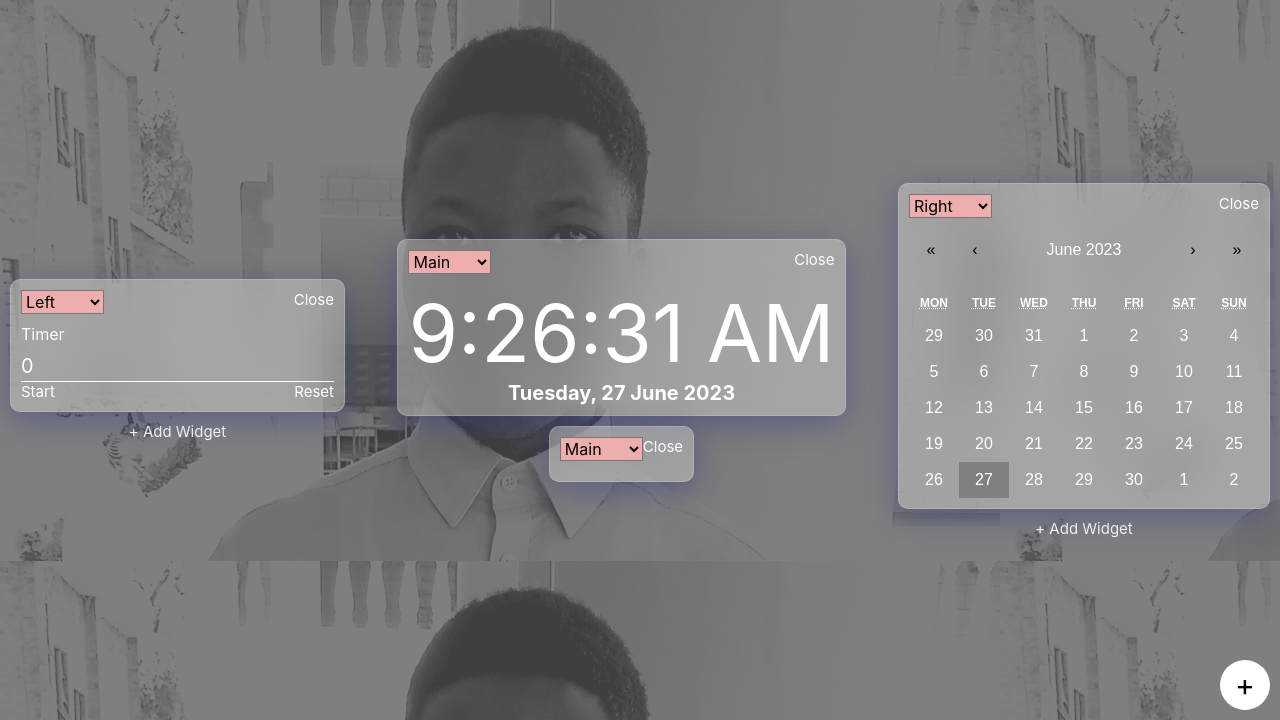
Repository: Angera-Silas/Planner-app
Page: /
The author's editor kept a copy of each file at every save. The page is drawn from the files as they stood at one save, then again after the next save.
The browser window is 1280 px wide. The pictures show the whole page.
The project was rebuilt for these pictures with package versions that can differ from the ones it lists, and the page was loaded fresh each time. Also part of the build but not shown: src/widgets/ReminderListWidget.js, src/modals/WidgetGalleryModal.js.

Above is the page before, as saved 2023-06-27 16:27:39.

### src/index.css
body {
  margin: 0;
  font-family: -apple-system, BlinkMacSystemFont, 'Segoe UI', 'Roboto', 'Oxygen',
    'Ubuntu', 'Cantarell', 'Fira Sans', 'Droid Sans', 'Helvetica Neue',
    sans-serif;
  -webkit-font-smoothing: antialiased;
  -moz-osx-font-smoothing: grayscale;
}

code {
  font-family: source-code-pro, Menlo, Monaco, Consolas, 'Courier New',
    monospace;
}
*,
*::before,
*::after {
 box-sizing: border-box;
}

img,
svg,
video,
canvas,
audio,
iframe,
embed,
object {
 display: block;
 max-width: 100%;
}

input,
button,
textarea,
select {
 font: inherit;
 color: black;
}

* {
 margin: 0;
 padding: 0;
 box-sizing: border-box;
 font: inherit;
 color: white;
}

/* width */
::-webkit-scrollbar {
 width: 10px;
}

/* Track */
::-webkit-scrollbar-track {
 background: #363636;
}

/* Handle */
::-webkit-scrollbar-thumb {
 background: #777;
}

/* Handle on hover */
::-webkit-scrollbar-thumb:hover {
 background: #1e1e1e;
}

### src/App.js
import React, { useState } from 'react';
import './App.css';
import ClockWidget from './widgets/ClockWidget';
import WidgetGalleryModal from './modals/WidgetGalleryModal';
import Draggable from 'react-draggable';
import TimerWidget from './widgets/TimerWidget';
import CalendarWidget from './widgets/CalendarWidget';
import MyCustomWidget from './widgets/MyCustomWidget';

function App() {
 const [widgets, setWidgets] = useState([
  { id: new Date().getTime(), component: <ClockWidget />, area: 'main-widget', name: "Date and Time" },
  { id: new Date().getTime() + 2, component: <CalendarWidget />, area: 'right-widget', name: "Calendar" },
  { id: new Date().getTime() + 1, component: <TimerWidget />, area: 'left-widget', name:"Timer" },
  { id: new Date().getTime(),component: <MyCustomWidget/>,area:'main-widget',name:"Stopwatch"},
 ])
 const [showWidgetModal, setShowWidgetModal] = useState(false)
 const [selectedWidgetArea, setSelectedWidgetArea] = useState('')

 const removeWidget = (index) => {
  try {
   setWidgets(widgets.filter(widget => widget.id !== index))
  } catch (error) {
   console.log(error)
  }
 }

 return (
  <>
   {showWidgetModal && <WidgetGalleryModal setShowWidgetModal={setShowWidgetModal} selectedWidgetArea={selectedWidgetArea} widgets={widgets} setWidgets={setWidgets} />}
   <div className="add-button"
    onClick={() => {
     console.log('add button clicked')
     setShowWidgetModal(true)
     setSelectedWidgetArea('none-widget')
    }}
   >
    <p
     className='add-widget-button'
     style={{ background: "none", border: "none", color: "black", fontSize: "30px", cursor: "pointer", backgroundColor: "white", borderRadius: "50%", width: "50px", display: "flex", justifyContent: "center", alignItems: "center", height: "50px", position: "fixed", bottom: "10px", right: "10px" }}
    >+</p>
   </div>
   <div className='none-widget' >
    {widgets.length > 0 && widgets.map((widget, index) => {
     if (widget.area === 'none-widget') {
      return (
       <Draggable>
            <div style={{ padding: 10,}} className='widget-container' >
             <div style={{ marginBottom: 10 }}>
              <select value={widget.area}
               onChange={(e) => {
                let widgetList = [...widgets]
                widgetList[index].area = e.target.value
                setWidgets(widgetList)
               }}
              >
               <option value="none-widget">Floating</option>
               <option value="left-widget">Left</option>
               <option value="main-widget">Main</option>
               <option value="right-widget">Right</option>
              </select>
              <button
               onClick={() => {
                removeWidget(widget.id)
               }}
               style={{ background: "none", border: "none", color: "white", fontSize: "15px", cursor: "pointer", float: "right" }}
              >Close</button>
             </div>
             {widget.component}
            </div>
       </Draggable>
      )
     }
    })}
   </div>
   <div className="App">
    <div className="container">
     <div className='left-widget'>
      {widgets.length > 0 && widgets.map((widget, index) => {
       if (widget.area === 'left-widget') {
        return (
         <div style={{ padding: 10,}} className='widget-container'>
          <div style={{ marginBottom: 10 }}>
           <select value={widget.area}
            onChange={(e) => {
             let widgetList = [...widgets]
             widgetList[index].area = e.target.value
             setWidgets(widgetList)
            }}
           >
            <option value="none-widget">Floating</option>
            <option value="left-widget">Left</option>
            <option value="main-widget">Main</option>
            <option value="right-widget">Right</option>
           </select>
           <button
            onClick={() => {
             removeWidget(widget.id)
            }}
            style={{ background: "none", border: "none", color: "white", fontSize: "15px", cursor: "pointer", float: "right" }}
           >Close</button>
          </div>
          {widget.component}
         </div>
        )
       }
      })}
      {widgets.filter(widget => widget.area === 'left-widget').length < 3 && widgets.filter(widget => widget.area === 'left-widget').length > 0 &&
       <button
        className='add-widget-button'
        onClick={() => {
         setShowWidgetModal(true)
         setSelectedWidgetArea('left-widget')
        }}>+ Add Widget</button>
      }
     </div>
     <div className='main-widget'>
      {widgets.length > 0 && widgets.map((widget, index) => {
       if (widget.area === 'main-widget') {
        return (
         <div style={{ padding: 10,}} className='widget-container' >
          <div style={{ marginBottom: 10 }}>
           <select value={widget.area}
            onChange={(e) => {
             let widgetList = [...widgets]
             widgetList[index].area = e.target.value
             setWidgets(widgetList)
            }}
           >
            <option value="none-widget">Floating</option>
            <option value="left-widget">Left</option>
            <option value="main-widget">Main</option>
            <option value="right-widget">Right</option>
           </select>
           <button
            onClick={() => {
             removeWidget(widget.id)
            }}
            style={{ background: "none", border: "none", color: "white", fontSize: "15px", cursor: "pointer", float: "right" }}
           >Close</button>
          </div>
          {widget.component}
         </div>
        )
       }
      })}
      {widgets.filter(widget => widget.area === 'main-widget').length < 2 &&
       <button
        className='add-widget-button'
        onClick={() => {
         setShowWidgetModal(true)
         setSelectedWidgetArea('main-widget')
        }}>+ Add Widget</button>
      }
     </div>
     <div className='right-widget'>
      {widgets.length > 0 && widgets.map((widget, index) => {
       if (widget.area === 'right-widget') {
        return (
         <div style={{ padding: 10,}} className='widget-container'>
          <div style={{ marginBottom: 10 }}>
           <select value={widget.area}
            onChange={(e) => {
             let widgetList = [...widgets]
             widgetList[index].area = e.target.value
             setWidgets(widgetList)
            }}
           >
            <option value="none-widget">Floating</option>
            <option value="left-widget">Left</option>
            <option value="main-widget">Main</option>
            <option value="right-widget">Right</option>
           </select>
           <button
            onClick={() => {
             removeWidget(widget.id)
            }}
            style={{ background: "none", border: "none", color: "white", fontSize: "15px", cursor: "pointer", float: "right" }}
           >Close</button>
          </div>
          {widget.component}
         </div>
        )
       }
      })}
      {widgets.filter(widget => widget.area === 'right-widget').length < 3 && widgets.filter(widget => widget.area === 'right-widget').length > 0 &&
       <button
        className='add-widget-button'
        onClick={() => {
         setShowWidgetModal(true)
         setSelectedWidgetArea('right-widget')
        }}>+ Add Widget</button>
      }
     </div>
    </div>
   </div>
  </>
 )
}

export default App;

### src/App.css
.App {
  background: url("background.jpg");
  height: 100vh;
  display: flex;
  justify-content: flex-start;
  align-items: center;

}

.container {
  display: flex;
  flex-direction: row;
  align-items: flex-start;
  justify-content: space-between;
  gap: 10px;
  width: 100vw;
  padding: 10px;
  max-height: 100vh;
  height: 100%;

}

.item {
  background-color: rgba(255, 255, 255, 0.8);
  border: 1px solid rgba(0, 0, 0);
  padding: 20px;
  font-size: 30px;
  text-align: center;
}

.time {
  font-size: 80px;
  color: white;
  text-align: center;
}

.date {
  font-size: 20px;
  color: white;
  text-align: center;
  font-weight: bold;
}

.add-widget-button {
  background-color: transparent;
  color: white;
  border: none;
  font-size: 15px;
  text-align: center;
  cursor: pointer;
}

.add-widget-button:hover {
  color: #1e1e1e;
}

.right-widget,
.left-widget,
.main-widget {
  display: flex;
  justify-content: center;
  align-items: center;
  flex-direction: column;
  gap: 10px;
  height: 100%;
  max-width: 500px;
}

.none-widget {
  position: fixed;
  /* height: 100vh;
  width: 100vw; */
  top: 0px;
  left: 0px;
}

select {
 background-color: #efaeae;
}

/* Modal */
.modal {
  position: fixed;
  z-index: 1;
  padding-top: 100px;
  left: 0;
  top: 0;
  width: 100vw;
  height: 100vh;
  overflow: auto;
  background-color: rgb(0, 0, 0, 0.4);
}

.modal-content {
  background-color: #183A37;
  margin: auto;
  padding: 20px;
  width: 50%;
  max-height: 50vh;
  overflow: scroll;
}

.modal-header {
  display: flex;
  justify-content: space-between;
  align-items: flex-start;
}

.modal-header h2 {
  color: white;
  font-weight: bold;
  font-size: 25px;
}

.row {
  display: flex;
  justify-content: space-between;
  align-items: center;
  gap: 10px;
}

.widget-gallery-item {
  color: black;
  border: 1px solid white;
  padding: 10px;
  margin-bottom: 10px;
}

.text-input {
  outline: none;
  border: none;
  border-bottom: 1px solid white;
  width: 100%;
  background-color: transparent;
  color: white;
  font-size: 20px;
  margin-top: 10px;
  padding-bottom: 3px;
}

.widget-container {
  background: rgba(255, 255, 255, 0.3);
  box-shadow: 0 8px 32px 0 rgba(31, 38, 135, 0.37);
  backdrop-filter: blur(20px);
  -webkit-backdrop-filter: blur(20px);
  border-radius: 10px;
  border: 1px solid rgba(255, 255, 255, 0.18);

}

.widget-gallery-item-name{
  font-size: 20px;
  font-weight: bold;
  margin-bottom: 10px;
}

### src/widgets/ClockWidget.js
import React, { useEffect, useState } from 'react'

export default function ClockWidget() {
  const [time, setTime] = useState(new Date().toLocaleTimeString())
  const [date, setDate] = useState(new Date())
  useEffect(() => {
    const interval = setInterval(() => {
      setTime(new Date().toLocaleTimeString())
      setDate(new Date())
    }, 1000)
    return () => clearInterval(interval)
  }, [])

  const tidyDate = (date) => {
    const dateArray = date
    const day = dateArray.getDay()
    const dateNumber = dateArray.getDate()
    const month = dateArray.getMonth() + 1
    const year = dateArray.getFullYear()

    const days = ['Sunday', 'Monday', 'Tuesday', 'Wednesday', 'Thursday', 'Friday', 'Saturday']
    const months = ['January', 'February', 'March', 'April', 'May', 'June', 'July', 'August', 'September', 'October', 'November', 'December']

    return `${days[day]}, ${dateNumber} ${months[month - 1]} ${year}`

  }

  return (
    <div>
      <p className='time'>{time}</p>
      <p className='date'>{tidyDate(date)}</p>
    </div>
  )
}

### src/widgets/TimerWidget.js
import React, { useEffect, useState } from 'react'

export default function TimerWidget() {
  const [timerListData, setTimerListData] = useState({
    time: 0,
    isRunning: false,
  })

  const tidyTime = (time) => {
    let hours = Math.floor(time / 3600)
    let minutes = Math.floor((time - (hours * 3600)) / 60)
    let seconds = time - (hours * 3600) - (minutes * 60)

    if (hours < 10) { hours = "0" + hours }
    if (minutes < 10) { minutes = "0" + minutes }
    if (seconds < 10) { seconds = "0" + seconds }

    return hours + ':' + minutes + ':' + seconds
  }

  useEffect(() => {
    // timer logic
    let interval = null
    if (timerListData.isRunning && timerListData.time > 0) {
      interval = setInterval(() => {
        setTimerListData({
          ...timerListData,
          time: parseInt(timerListData.time) - 1,
        })
      }, 1000)
    } else if (!timerListData.isRunning && timerListData.time !== 0) {
      setTimerListData({
        ...timerListData,
        isRunning: false,
      })
      clearInterval(interval)
    } else if (timerListData.isRunning && timerListData.time === 0) {
      setTimerListData({
        ...timerListData,
        isRunning: false,
      })
      clearInterval(interval)
      alert('Timer is up!')
    }

      return () => clearInterval(interval)
  }, [timerListData.isRunning, timerListData.time])

  return (
    <div style={{ minWidth: 300 }}>
      <div style={{ display: "flex", justifyContent: "space-between", alignItems: "row" }}>
        <p>Timer</p>
      </div>
      <div className='timer-container'>
        <div className='timer-display'>
          {timerListData.isRunning ?
            <p style={{ textAlign: "center", fontWeight: "bold", fontSize: 20 }}>{tidyTime(timerListData.time)}</p>
            :
            <input type="text" className='text-input' value={timerListData.time} onChange={(e) => {
              setTimerListData({
                ...timerListData,
                time: e.target.value,
              })
            }} />
          }
        </div>
        <div className='timer-controls' style={{ display: "flex", justifyContent: "space-between", alignItems: "center", }}>
          <button
            style={{
              background: "none",
              border: "none",
              color: "white",
              fontSize: "15px",
              cursor: "pointer",
            }}
            onClick={() => {
              setTimerListData({
                ...timerListData,
                isRunning: !timerListData.isRunning,
              })
            }}
          >{timerListData.isRunning ? 'Stop' : 'Start'}</button>
          <button
            style={{
              background: "none",
              border: "none",
              color: "white",
              fontSize: "15px",
              cursor: "pointer",
            }}
            onClick={() => {
              setTimerListData({
                ...timerListData,
                time: 0,
              })
            }}
          >Reset</button>
        </div>
      </div>
    </div>
  )
}

### src/widgets/MyCustomWidget.js
import React, { useEffect, useState } from 'react'

export default function MyCustomWidget() {

  return (
    <div>

    </div>
  )
}

### src/styles/styles.css
.react-calendar {
  width: 350px;
  max-width: 100%;
  background: transparent;
  font-family: Arial, Helvetica, sans-serif;
  line-height: 1.125em;
}

.react-calendar--doubleView {
  width: 700px;
}

.react-calendar--doubleView .react-calendar__viewContainer {
  display: flex;
  margin: -0.5em;
}

.react-calendar--doubleView .react-calendar__viewContainer > * {
  width: 50%;
  margin: 0.5em;
}

.react-calendar,
.react-calendar *,
.react-calendar *:before,
.react-calendar *:after {
  -moz-box-sizing: border-box;
  -webkit-box-sizing: border-box;
  box-sizing: border-box;
}

.react-calendar button {
  margin: 0;
  border: 0;
  outline: none;
}

.react-calendar button:enabled:hover {
  cursor: pointer;
}

.react-calendar__navigation {
  display: flex;
  height: 44px;
  margin-bottom: 1em;
}

.react-calendar__navigation button {
  min-width: 44px;
  background: none;
}

.react-calendar__navigation button:disabled {
  background-color: #f0f0f0;
}

.react-calendar__navigation button:enabled:hover,
.react-calendar__navigation button:enabled:focus {
  background-color: #e6e6e6;
}

.react-calendar__month-view__weekdays {
  text-align: center;
  text-transform: uppercase;
  font-weight: bold;
  font-size: 0.75em;
}

.react-calendar__month-view__weekdays__weekday {
  padding: 0.5em;
}

.react-calendar__month-view__weekNumbers .react-calendar__tile {
  display: flex;
  align-items: center;
  justify-content: center;
  font-size: 0.75em;
  font-weight: bold;
}

.react-calendar__month-view__days__day--weekend {
  color: #d10000;
}

.react-calendar__month-view__days__day--neighboringMonth {
  color: #757575;
}

.react-calendar__year-view .react-calendar__tile,
.react-calendar__decade-view .react-calendar__tile,
.react-calendar__century-view .react-calendar__tile {
  padding: 2em 0.5em;
}

.react-calendar__tile {
  max-width: 100%;
  padding: 10px 6.6667px;
  background: none;
  text-align: center;
  line-height: 16px;
}

.react-calendar__tile:disabled {
  background-color: #f0f0f0;
}

.react-calendar__tile:enabled:hover,
.react-calendar__tile:enabled:focus {
  background-color: #e6e6e6;
}

.react-calendar__tile--now {
  background: gray;
}

.react-calendar__tile--now:enabled:hover,
.react-calendar__tile--now:enabled:focus {
  background: gray;
}

.react-calendar__tile--hasActive {
  background: #76baff;
}

.react-calendar__tile--hasActive:enabled:hover,
.react-calendar__tile--hasActive:enabled:focus {
  background: #a9d4ff;
}

.react-calendar__tile--active {
  background: #006edc;
  color: white;
}

.react-calendar__tile--active:enabled:hover,
.react-calendar__tile--active:enabled:focus {
  background: #1087ff;
}

.react-calendar--selectRange .react-calendar__tile--hover {
  background-color: #e6e6e6;
}

Loaded but not shown: public/index.html (common file); src/index.js (common file); src/reportWebVitals.js (common file); src/widgets/CalendarWidget.js (common file)

After the next save:
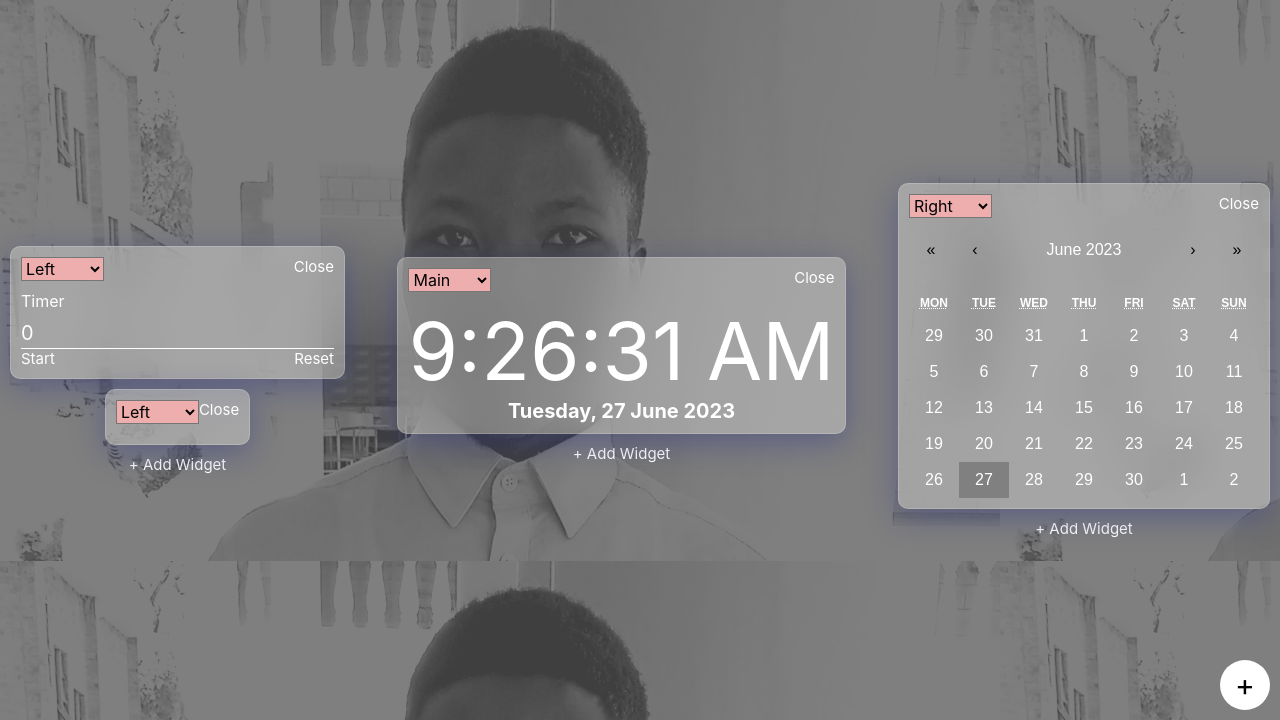
Saved 97 s later.
--- a/src/App.js
+++ b/src/App.js
@@ -12,7 +12,7 @@ function App() {
   { id: new Date().getTime(), component: <ClockWidget />, area: 'main-widget', name: "Date and Time" },
   { id: new Date().getTime() + 2, component: <CalendarWidget />, area: 'right-widget', name: "Calendar" },
   { id: new Date().getTime() + 1, component: <TimerWidget />, area: 'left-widget', name:"Timer" },
-  { id: new Date().getTime(),component: <MyCustomWidget/>,area:'main-widget',name:"Stopwatch"},
+  { id: new Date().getTime(),component: <MyCustomWidget/>,area:'left-widget',name:"Stopwatch"},
  ])
  const [showWidgetModal, setShowWidgetModal] = useState(false)
  const [selectedWidgetArea, setSelectedWidgetArea] = useState('')
